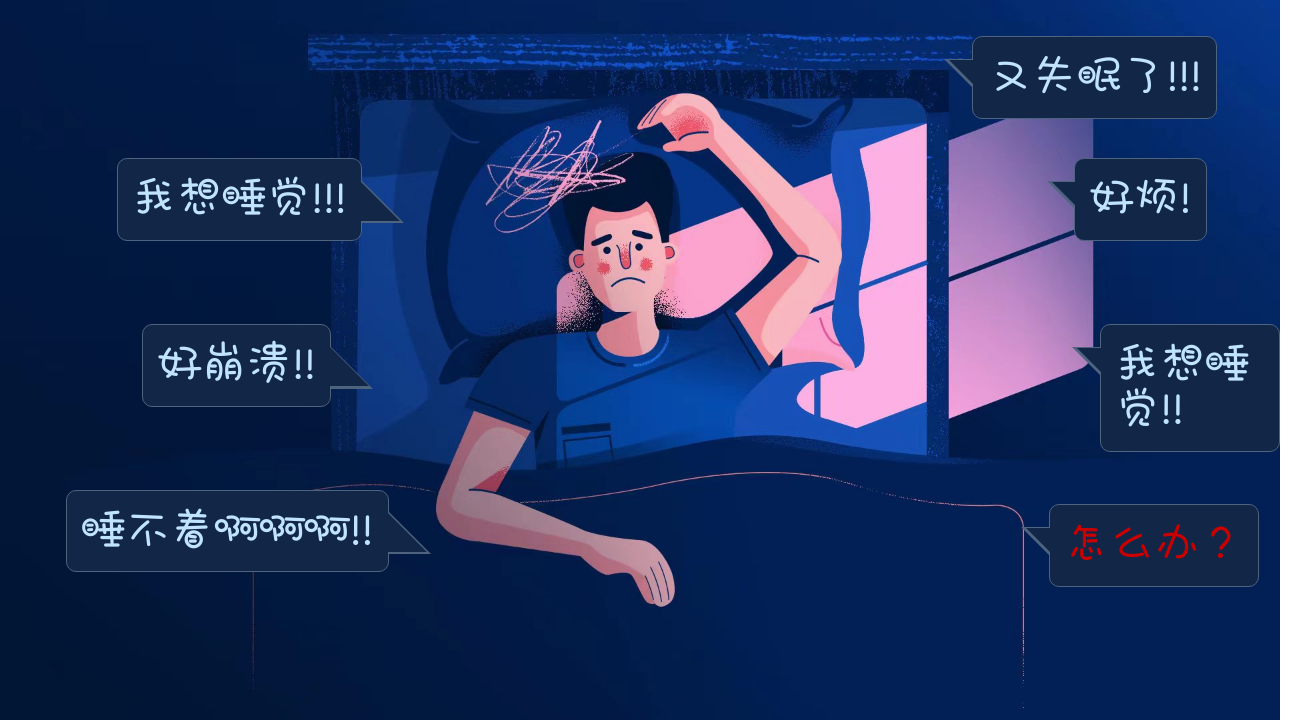
Repository: chjyume/zhongyi
Page: index2.html
An editor plug-in stored every save of this project. The page is shown before and after the next save, followed by the edit.
The browser window is 1280 px wide. The page is 1288 px wide, then 1296 px, so the pictures cover 1296 px, including what lies to the right of the window. The pictures show the whole page.

Above is the page before, as saved 2023-08-30 21:43:12.

### index2.html
<!DOCTYPE html>
<html>
	<head>
        <meta charset="utf-8" />
		<title>小故事引入</title>

        <link href="css\index2.css" rel="stylesheet" type="text/css">
		<link rel="stylesheet" type="text/css" href="family\font.css">
	</head>
	<style>
	body
	{
        background-image:url("img/img2-1.png");
		background-repeat:no-repeat;
        height: 100%;
        width: 100%;
        background-size:cover;
        position:absolute;
        left:0;
        top:0;
	}
	</style>
	<body>
		<div class="man" id="man" tabindex="1">
		<div class="bubble1" id="text1"  tabindex="1" >又失眠了!!!</div>
		<div class="bubble1" id="text2"  tabindex="1" >好烦!</div>
		<div class="bubble1" id="text4"  tabindex="1" >我想睡觉!!</div>

		<div class="bubble2" id="text3" tabindex="1"  >睡不着啊啊啊!!</div>
		<div class="bubble2" id="text2" tabindex="1" >我想睡觉!!!</div>
		<div class="bubble2" id="text4"  tabindex="1" >好崩溃!!</div>
		<div class="bubble1" id="text5"  onclick="man()" >怎么办？</div>
		</div>
		<div id="AI" tabindex="1">
			<img id="robot" src="img/img2-2.png">
			<div class="bubble3" id="text" tabindex="1" style="width: calc(30%);" onclick="javascript:location.href='index3.html'">看起来你需要很我的帮助</div>
		</div>
	</body>
</html>
<script>
	function man(){
		document.getElementById("man").style.display="none";
		document.getElementById("AI").style.display="block";
	}
	</script>

### css/index2.css
body{
  display: inline-block;
  height: 8vh;
  font-family: HYLeMiaoTi;
  font-size: 3.5vw;
  line-height: 3.5vw;
}
.bubble1 {
    position: fixed;
    padding: 2.5vh 2vh;
    left: 135vh;
    color: #c0e3ff;
    background: #122648;
    border: 1px solid #4e637e;
    border-radius: 10px;
    opacity: 0;
  }

  .bubble1::before,
  .bubble1::after {
    position: absolute;
    left: -4vh;
    top:3vh;
    border-color: #4e637e #4e637e transparent transparent;
    border-style: solid;
    border-width: 2vh;
    content: "";
  }

  .bubble1::after {
    left: -3.3vh;
    top:3.2vh;
    border-color: #122648 #122648 transparent transparent;
  }



  .bubble2 {
    position: fixed;
    padding: 2.5vh 2vh;
    left: 2vh;
    color: #c0e3ff;
    background: #122648;
    border: 1px solid #4e637e;
    border-radius: 10px;
    opacity: 0;
  }


  .bubble2::before,
  .bubble2::after {
    position: absolute;
    right: -6vh;
    top:3vh;
    display: block;
    font-size: 0;
    line-height: 0;
    border-color: transparent transparent #4e637e #4e637e;
    border-style: solid;
    border-width: 3vh;
    content: "";
  }

  .bubble2::after {
    right: -5.4vh;
    top:2.7vh;
    border-color:transparent transparent #122648 #122648 ;
  }


  #text1{
    top: 5vh;
    animation: bubble 2s linear 0s 1 normal forwards;
  }
  #text2{
    top: 22vh;
    margin-left: calc(8%);
    animation: bubble 2s linear 1.5s 1 normal forwards;
  }
  #text3{
    top: 68vh;
    margin-left: calc(4%);
    animation: bubble 2s linear 1s 1 normal forwards;
  }
  #text4{
    top: 45vh;
    margin-left: calc(10%);
    animation: bubble 2s linear 2s 1 normal forwards;
  }
  #text5{
    color: #c90000;
    top: 70vh;
    margin-left: calc(6%);
    animation: bubble 2s linear 2.5s 1 normal forwards;
  }


  @keyframes bubble {
    0% {
      opacity: 0;
  }
  100% {
    opacity: 1;
  }
}

.bubble1:hover{
  cursor:pointer;
}
.bubble2:hover{
  cursor:pointer;
}

#text1:focus{
  animation: rebubble 3s ease-out 0s 1 normal forwards;
}

#text2:focus{
  animation: rebubble 3s ease-out 0s 1 normal forwards;
}

#text3:focus{
  animation: rebubble 3s ease-out 0s 1 normal forwards;
}

#text4:focus{
  animation: rebubble 3s ease-out 0s 1 normal forwards;
}


@keyframes rebubble {
  0% {
    opacity: 1;
}
50% {
  opacity: 0;
}
100%{
  opacity: 1;
}
}


/* AI机器人部分 */
#AI{
  display: none;
  opacity: 0;
}
#robot{
  width: 13%;
  position: fixed;
  top:60vh;
  left: 40vh;
  z-index: 1;

}

.bubble3 {
  position: relative;
  padding: 2.5vh 2vh;
  top: 70vh;
  left: 70vh;
  color: #122648;
  background: #c2d9e9;
  border: 1px solid #3fffef;
  border-radius: 10px;

}

.bubble3::before,
.bubble3::after {

  position: absolute;
  left: -3.5vh;
  top:4vh;
  display: block;
  font-size: 0;
  line-height: 0;
  border-color: #3fffef #3fffef transparent transparent;
  border-style: solid;
  border-width: 2vh;
  content: "";
}

.bubble3::after {
  left: -3vh;
  top:4.2vh;
  border-color: #c2d9e9 #c2d9e9 transparent transparent;
}
.bubble3:hover{
  cursor:pointer;
}

#AI{
  animation: bubble 2s linear 0s 1 normal forwards;
}

### family/font.css
@font-face {
    font-family: "HYLeMiaoTi";
    src:url("HYLeMiaoTiJ.ttf");
    font-weight: normal;
    font-style: normal;
}

After the next save:
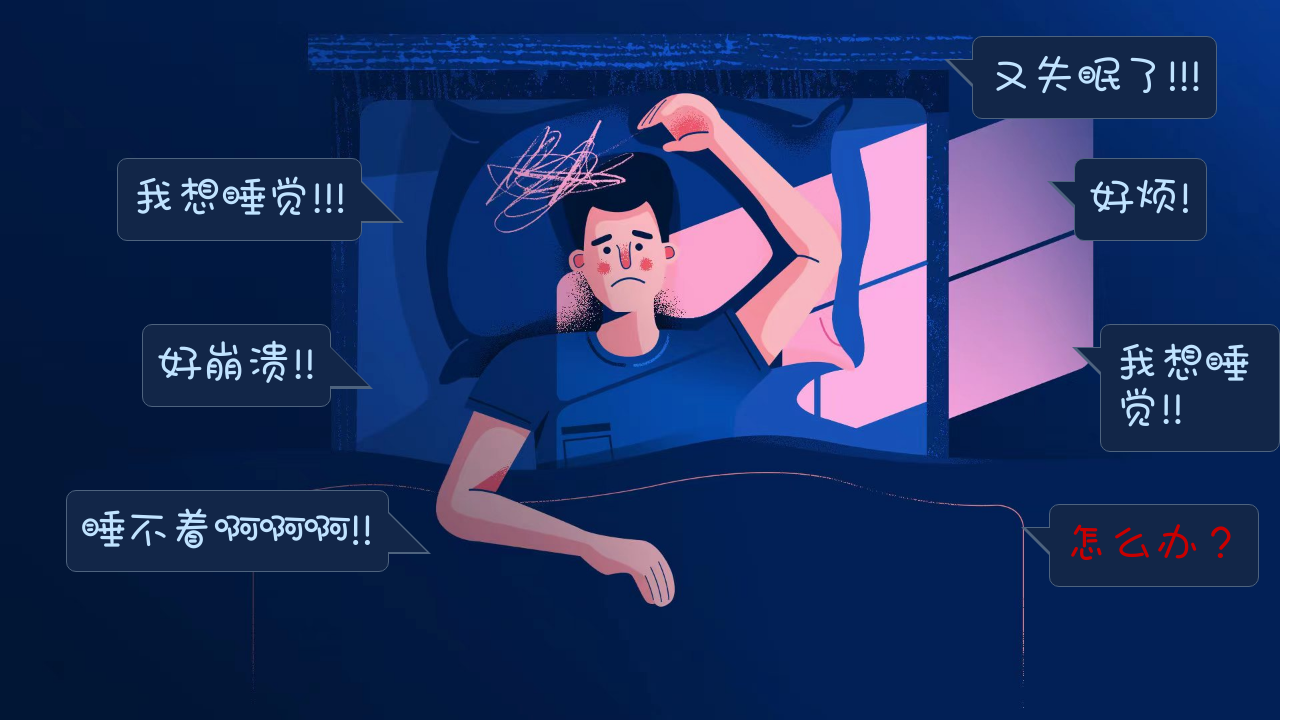
Saved 2 min 6 s later.
--- a/index2.html
+++ b/index2.html
@@ -15,9 +15,6 @@
         height: 100%;
         width: 100%;
         background-size:cover;
-        position:absolute;
-        left:0;
-        top:0;
 	}
 	</style>
 	<body>
